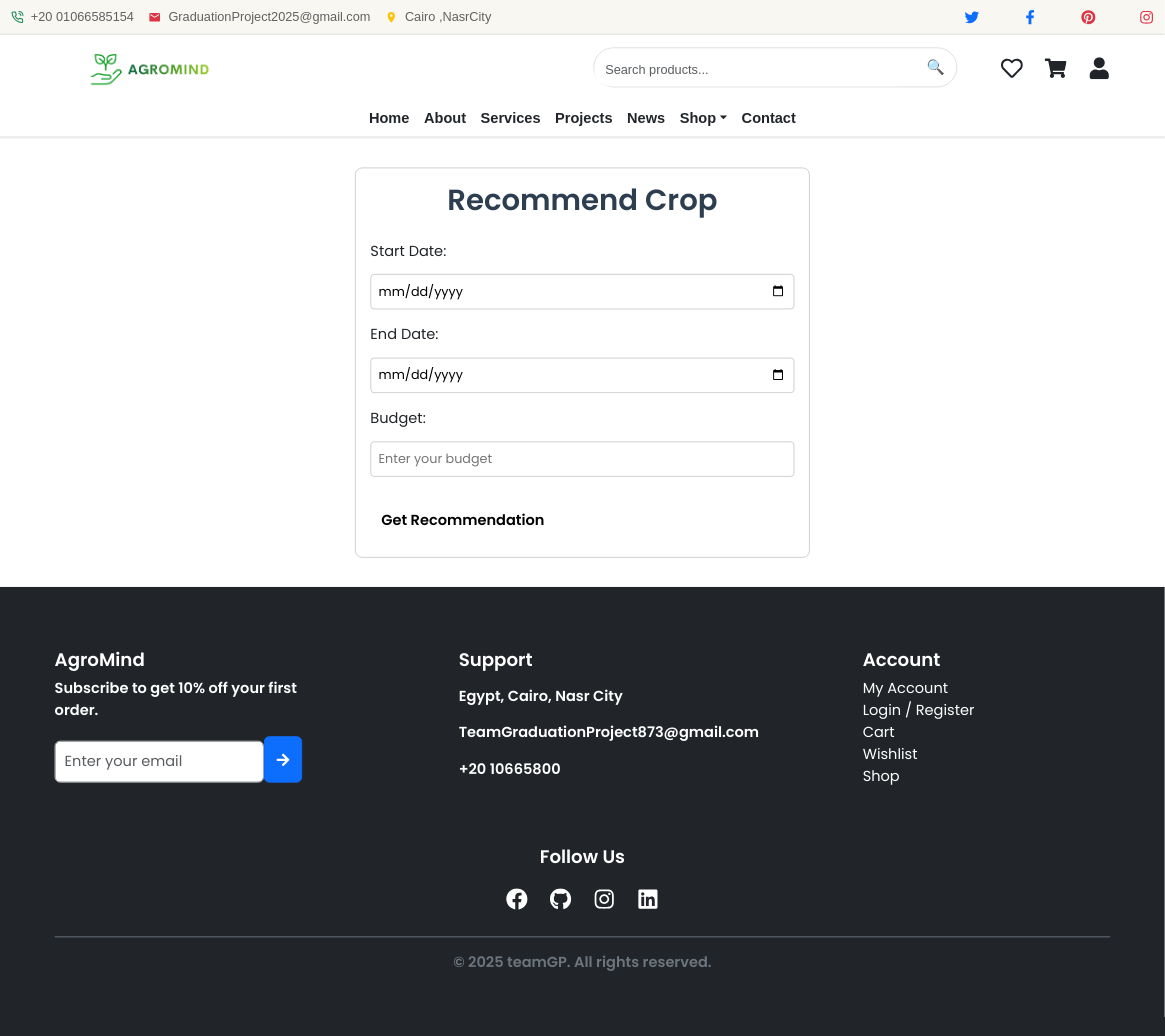
Repository: ShimaaMohamedRoshdi/WorkSpace-agromind
Page: /RecommendCrop (app in agricultural-management-system-vs/agricultural-management-system-main/)
These files come from the project's save history. The page is drawn as it stood at one moment and after the next save; the edit follows.
The browser window is 1280 px wide. The pictures show the whole page, at 91% of full size.
The page's requests for data from a server got no answer. The project was rebuilt for these pictures with package versions that can differ from the ones it lists, and the page was loaded fresh each time. No one was signed in, and anything a server would have sent is missing. Also part of the build but not shown: agricultural-management-system-vs/agricultural-management-system-main/vite.config.js, agricultural-management-system-vs/agricultural-management-system-main/services/api.jsx, agricultural-management-system-vs/agricultural-management-system-main/src/pages/SignUp.jsx, agricultural-management-system-vs/agricultural-management-system-main/src/pages/SignIn.jsx, agricultural-management-system-vs/agricultural-management-system-main/src/components/HealthyFoods.css, agricultural-management-system-vs/agricultural-management-system-main/src/components/HealthyFoods.jsx, agricultural-management-system-vs/agricultural-management-system-main/src/components/ProductCard.jsx, agricultural-management-system-vs/agricultural-management-system-main/src/components/Products.jsx and 45 more.

Above is the page before, as saved 2025-05-09 23:02:06.

After the next save:
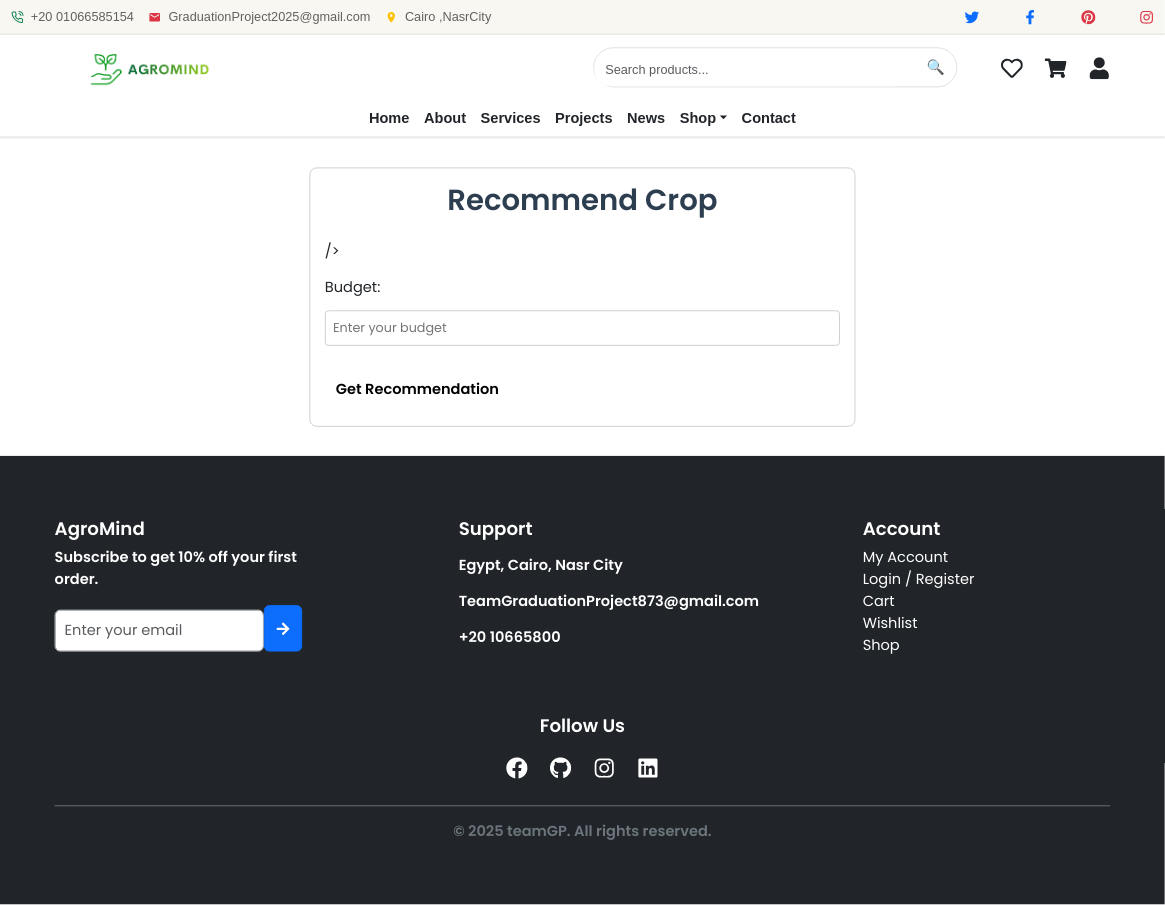
Saved 9 min 16 s later.
--- a/agricultural-management-system-vs/agricultural-management-system-main/src/pages/RecommendCrop.jsx
+++ b/agricultural-management-system-vs/agricultural-management-system-main/src/pages/RecommendCrop.jsx
@@ -1,6 +1,7 @@
-import React, { useState } from 'react';
+import React, { useState, useEffect } from 'react';
 import Snackbar from '@mui/material/Snackbar';
 import MuiAlert from '@mui/material/Alert';
+import { getAllCrops } from '../api';
 
 const Alert = React.forwardRef(function Alert(props, ref) {
   return <MuiAlert elevation={6} ref={ref} variant="filled" {...props} />;
@@ -12,14 +13,32 @@
   const [budget, setBudget] = useState('');
   const [openSnackbar, setOpenSnackbar] = useState(false);
   const [snackbarMessage, setSnackbarMessage] = useState('');
+  const [crops, setCrops] = useState([]);
+  const [recommendedCrops, setRecommendedCrops] = useState([]);
+
+  useEffect(() => {
+    const fetchCrops = async () => {
+      try {
+        const data = await getAllCrops();
+        setCrops(data);
+      } catch (error) {
+        console.error('Error fetching crops:', error);
+      }
+    };
+    fetchCrops();
+  }, []);
 
   const handleSubmit = (e) => {
     e.preventDefault();
-    // Placeholder for recommendation logic
-    console.log('Start Date:', startDate);
-    console.log('End Date:', endDate);
-    console.log('Budget:', budget);
-    setSnackbarMessage(`Recommendation requested for:\nStart Date: ${startDate}\nEnd Date: ${endDate}\nBudget: ${budget}`);
+    // Simple filtering logic placeholder
+    // For example, filter crops with estimatedCost <= budget
+    const filtered = crops.filter(crop => {
+      // Assuming crop has estimatedCost property, else adjust accordingly
+      const cost = crop.estimatedCost || 0;
+      return cost <= parseFloat(budget);
+    });
+    setRecommendedCrops(filtered);
+    setSnackbarMessage(`Found ${filtered.length} recommended crops.`);
     setOpenSnackbar(true);
   };
 
@@ -31,29 +50,10 @@
   };
 
   return (
-    <div className="recommend-crop-container" style={{ maxWidth: '500px', margin: '2rem auto', padding: '1rem', border: '1px solid #ccc', borderRadius: '8px' }}>
+    <div className="recommend-crop-container" style={{ maxWidth: '600px', margin: '2rem auto', padding: '1rem', border: '1px solid #ccc', borderRadius: '8px' }}>
       <h2 style={{ textAlign: 'center', marginBottom: '1.5rem' }}>Recommend Crop</h2>
       <form onSubmit={handleSubmit}>
         <div style={{ marginBottom: '1rem' }}>
-          <label htmlFor="startDate" style={{ display: 'block', marginBottom: '0.5rem' }}>Start Date:</label>
-          <input
-            type="date"
-            id="startDate"
-            value={startDate}
-            onChange={(e) => setStartDate(e.target.value)}
-            required
-            style={{ width: '100%', padding: '0.5rem', borderRadius: '4px', border: '1px solid #ccc' }}
-          />
-        </div>
-        <div style={{ marginBottom: '1rem' }}>
-          <label htmlFor="endDate" style={{ display: 'block', marginBottom: '0.5rem' }}>End Date:</label>
-          <input
-            type="date"
-            id="endDate"
-            value={endDate}
-            onChange={(e) => setEndDate(e.target.value)}
-            required
-            style={{ width: '100%', padding: '0.5rem', borderRadius: '4px', border: '1px solid #ccc' }}
           />
         </div>
         <div style={{ marginBottom: '1.5rem' }}>

After the save that followed:
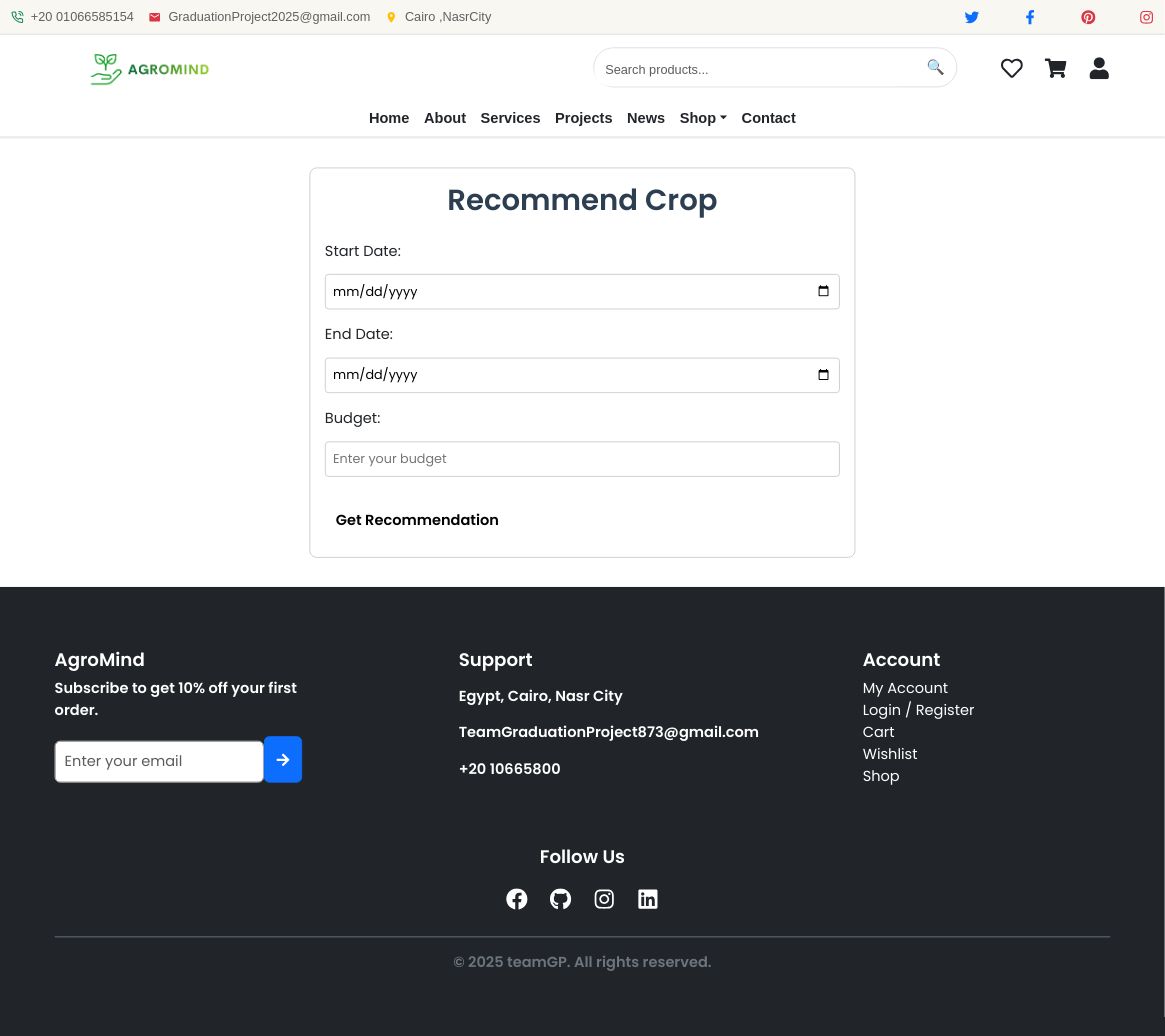
Saved 8 s later.
--- a/agricultural-management-system-vs/agricultural-management-system-main/src/pages/RecommendCrop.jsx
+++ b/agricultural-management-system-vs/agricultural-management-system-main/src/pages/RecommendCrop.jsx
@@ -54,6 +54,25 @@
       <h2 style={{ textAlign: 'center', marginBottom: '1.5rem' }}>Recommend Crop</h2>
       <form onSubmit={handleSubmit}>
         <div style={{ marginBottom: '1rem' }}>
+          <label htmlFor="startDate" style={{ display: 'block', marginBottom: '0.5rem' }}>Start Date:</label>
+          <input
+            type="date"
+            id="startDate"
+            value={startDate}
+            onChange={(e) => setStartDate(e.target.value)}
+            required
+            style={{ width: '100%', padding: '0.5rem', borderRadius: '4px', border: '1px solid #ccc' }}
+          />
+        </div>
+        <div style={{ marginBottom: '1rem' }}>
+          <label htmlFor="endDate" style={{ display: 'block', marginBottom: '0.5rem' }}>End Date:</label>
+          <input
+            type="date"
+            id="endDate"
+            value={endDate}
+            onChange={(e) => setEndDate(e.target.value)}
+            required
+            style={{ width: '100%', padding: '0.5rem', borderRadius: '4px', border: '1px solid #ccc' }}
           />
         </div>
         <div style={{ marginBottom: '1.5rem' }}>
@@ -74,6 +93,20 @@
           Get Recommendation
         </button>
       </form>
+
+      {recommendedCrops.length > 0 && (
+        <div style={{ marginTop: '2rem' }}>
+          <h3>Recommended Crops:</h3>
+          <ul>
+            {recommendedCrops.map((crop) => (
+              <li key={crop.id}>
+                <strong>{crop.name}</strong> - Estimated Cost: {crop.estimatedCost || 'N/A'}
+              </li>
+            ))}
+          </ul>
+        </div>
+      )}
+
       <Snackbar open={openSnackbar} autoHideDuration={6000} onClose={handleCloseSnackbar}>
         <Alert onClose={handleCloseSnackbar} severity="success" sx={{ width: '100%' }}>
           {snackbarMessage}
